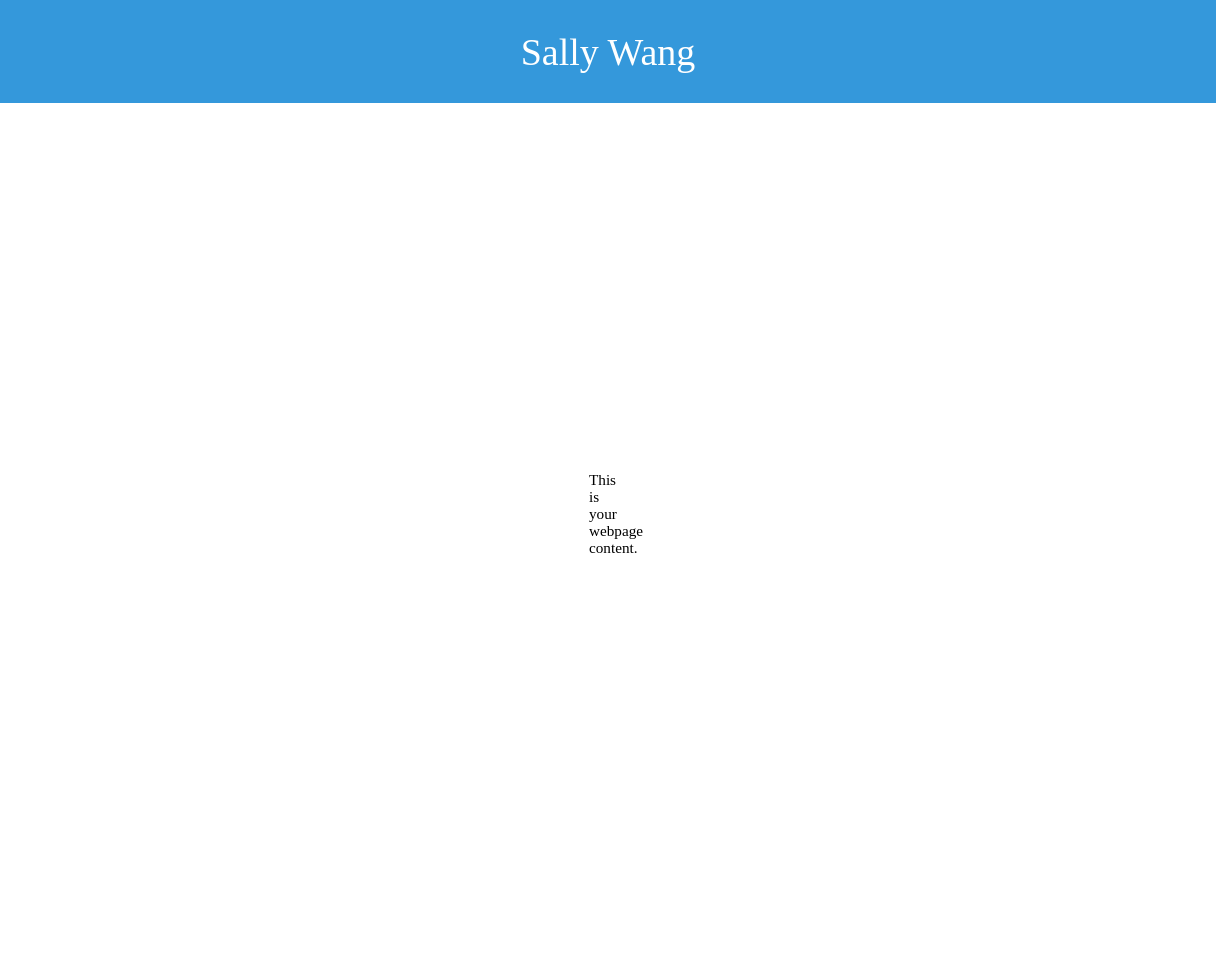
Repository: tianjiewang2022/tianjiewang2022.github.io
Page: index.html
The author's editor kept a copy of each file at every save. The page is drawn from the files as they stood at one save, then again after the next save.
The browser window is 1280 px wide. The pictures show the whole page, at 95% of full size.

Above is the page before, as saved 2023-10-01 22:07:54.

### index.html
<!DOCTYPE html>
<html lang="en">

    <head>
        <meta charset="UTF-8">
        <meta name="viewport" content="width=device-width, initial-scale=1.0">
        <title>Sally's Webpage</title>
        <style>
            body {
                margin: 200px;
                padding: 200px;
            }

            header {
                background-color: #3498db;
                /* Choose your header color */
                color: white;
                position: fixed;
                top: 0;
                left: 0;
                width: 100%;
                height: 15%;
                /* Adjust the header height as needed */
                display: flex;
                align-items: center;
                justify-content: center;
                z-index: 100;
                font-size: 40px;
            }

            .container {
                margin-top: 60px;
                /* Ensure content starts below the header */
                margin-left: 200px;
                /* Add left margin */
                margin-right: 200px;
                /* Add right margin */
                padding: 20px;
            }
        </style>
    </head>

    <body>
        <header>
            Sally Wang
        </header>

        <div class="container">
            <!-- Your content goes here -->
            <p>This is your webpage content.</p>
        </div>
    </body>

</html>

After the next save:
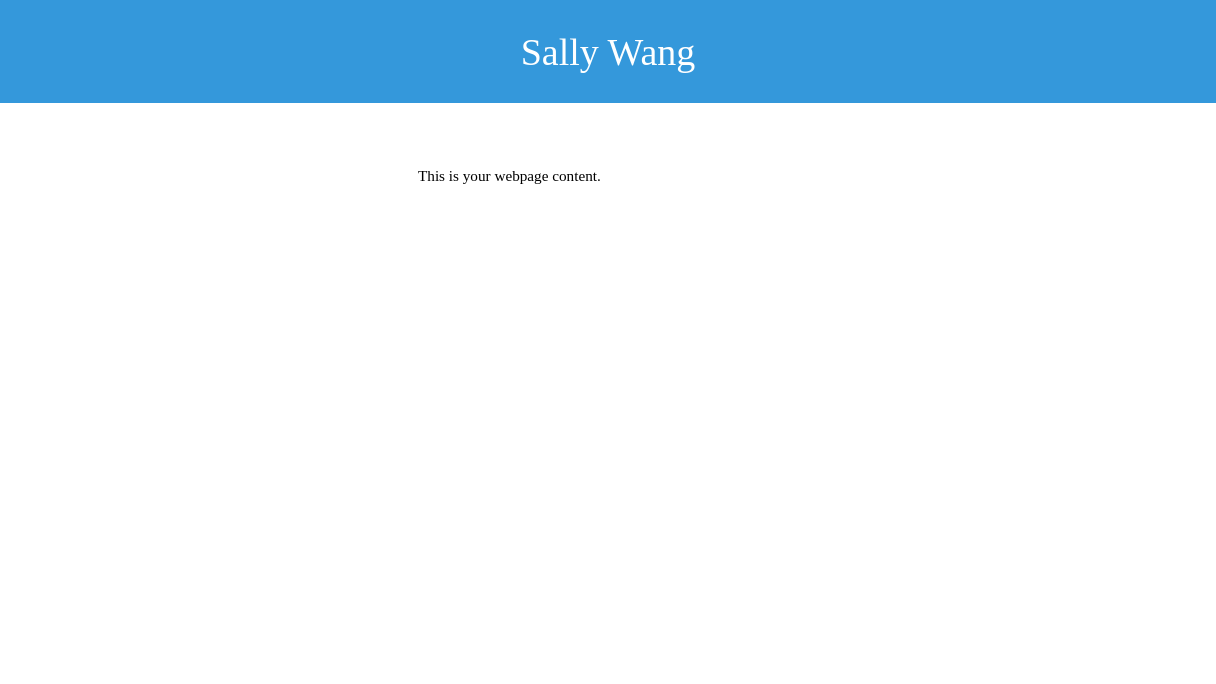
Saved 30 s later.
--- a/index.html
+++ b/index.html
@@ -7,8 +7,11 @@
         <title>Sally's Webpage</title>
         <style>
             body {
-                margin: 200px;
-                padding: 200px;
+                margin-top: 60px;
+                margin-left: 200px;
+                /* Add left margin */
+                margin-right: 200px;
+                padding: 20px;
             }
 
             header {
